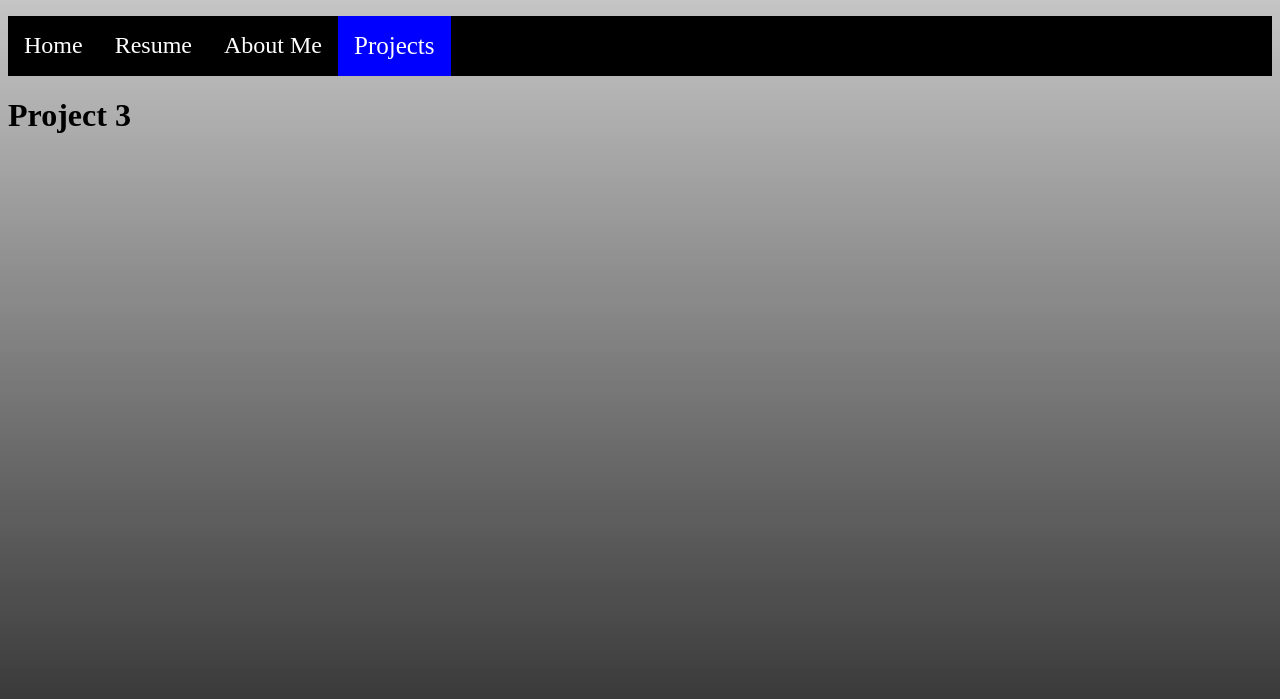
Repository: GunnarStone/GunnarStone.github.io
Page: project3.html
The author's editor kept a record of every edit. The page is drawn from the files as they stood at one moment, then again after the next edit.
The browser window is 1280 px wide. The pictures show the whole page.

Above is the page before.

After the next edit:
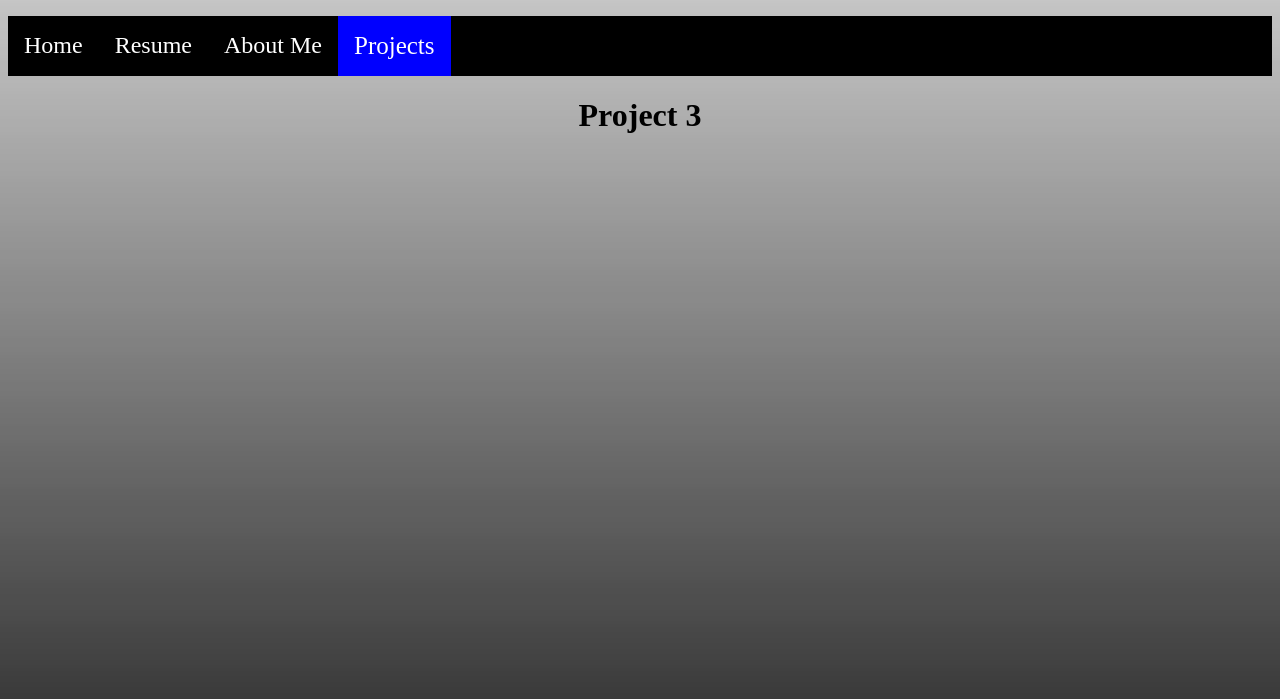
The edit:
--- a/project3.html
+++ b/project3.html
@@ -18,7 +18,7 @@
             </ul>
         </li>
     </ul>
-    <h1>Project 3</h1>
+    <h1 class="centerh1tag">Project 3</h1>
 <script>
 
 
